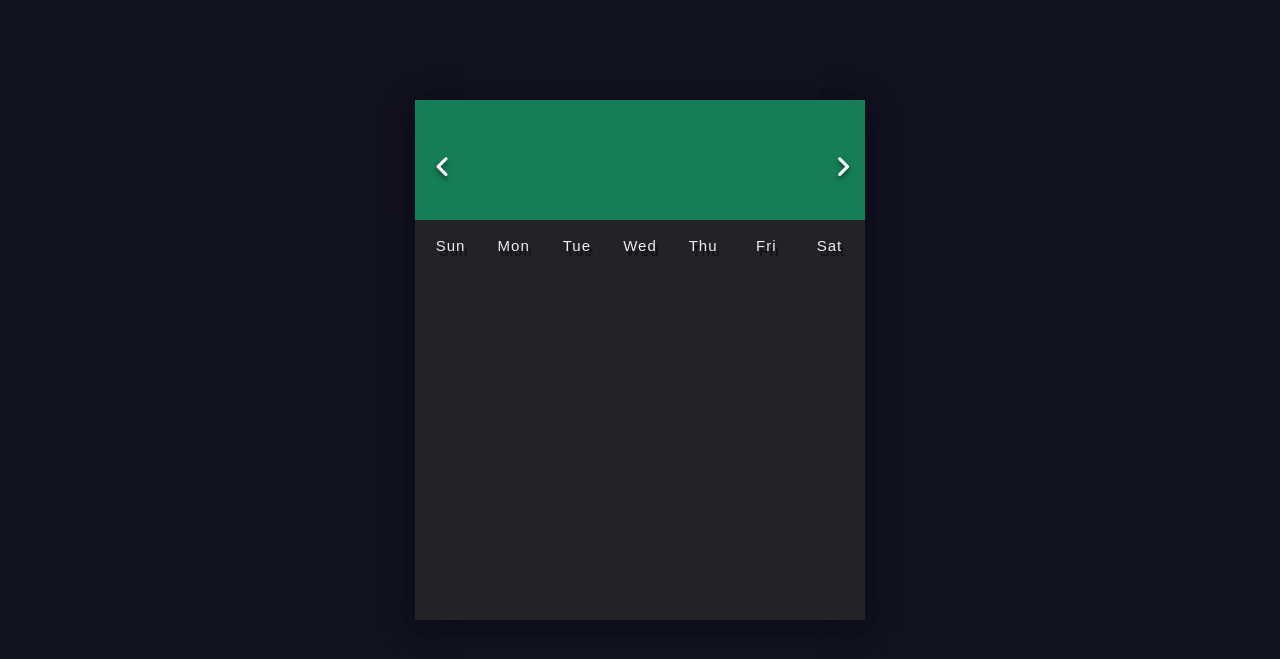
Repository: dboinska/calendar
Page: index.html
An editor plug-in stored every save of this project. The page is shown before and after the next save, followed by the edit.
The browser window is 1280 px wide. The pictures show the whole page.
Some web libraries are served in a nearby version.

Above is the page before, as saved 2021-09-06 06:23:03.

After the next save:
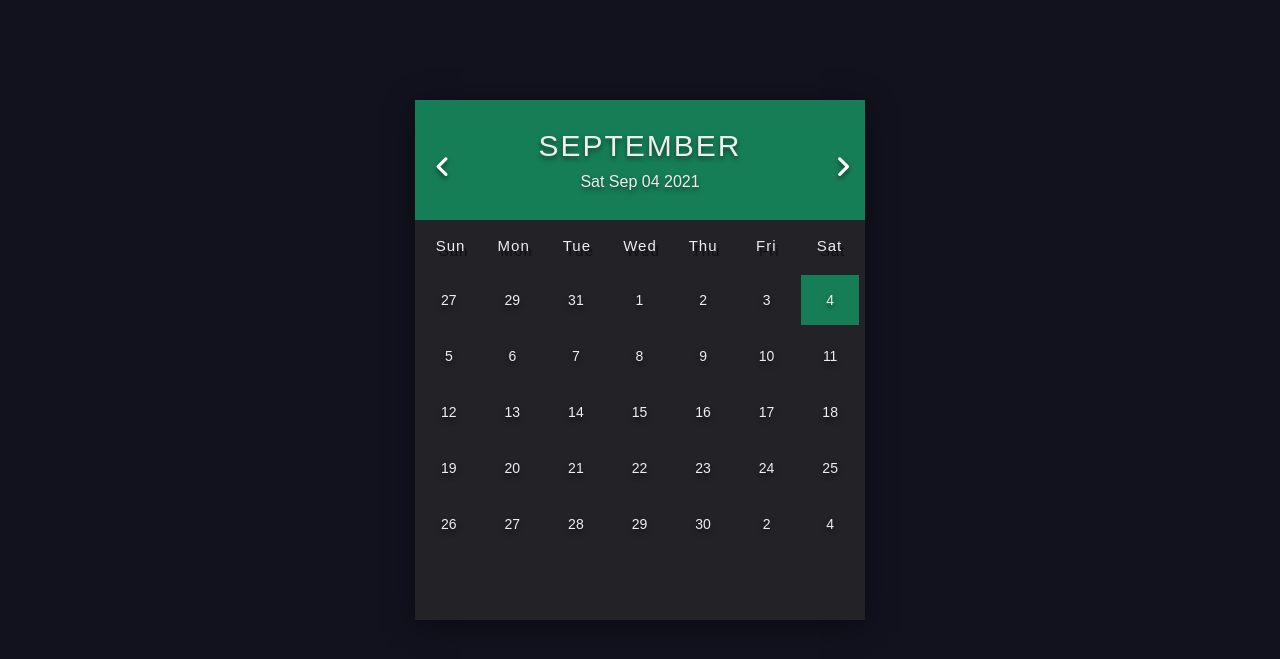
Saved 14 s later.
--- a/script.js
+++ b/script.js
@@ -75,3 +75,5 @@ document.querySelector(".prev").addEventListener("click", () => {
 document.querySelector(".next").addEventListener("click", () => {
   date.setMonth(date.getMonth() + 1);
 });
+
+renderCalendar();
